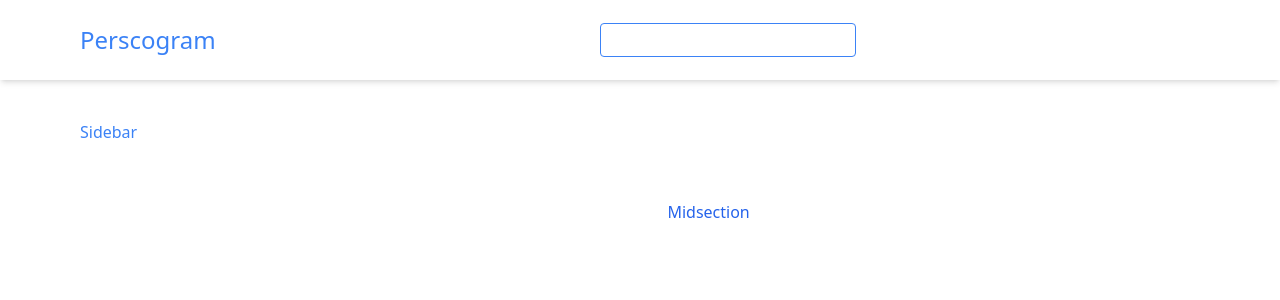
Repository: brandford7/perscogram
Page: /
An editor plug-in stored every save of this project. The page is shown before and after the next save, followed by the edit.
The browser window is 1280 px wide. The pictures show the whole page.
The project was rebuilt for these pictures with package versions that can differ from the ones it lists, and the page was loaded fresh each time. The framework's server and built-in components were replaced by stand-ins that run in the browser. Also part of the build but not shown: next.config.js.

Above is the page before, as saved 2022-12-15 22:34:37.

### pages/index.js
import Head from "next/head";
import { Header, Midsection, Sidebar } from "../components";

export default function Home() {
  return (
    <>
      <Head>
        <title>Perscogram</title>
        <meta name="description" content="Generated by create next app" />
        <meta name="viewport" content="width=device-width, initial-scale=1" />
        <link rel="icon" href="/favicon.ico" />
      </Head>

      <div className=" w-screen h-screen text-black ">
        <header>
          <Header />
        </header>
        <section className="flex mt-10 ">
          <aside>
            <Sidebar />
          </aside>
          <main className="flex  mx-auto">
            <Midsection />
          </main>
        </section>
      </div>
    </>
  );
}

### styles/globals.css
@tailwind base;
@tailwind components;
@tailwind utilities;

* {
  box-sizing: border-box;
  padding: 0;
  margin: 0;
}

html,
body {
  max-width: 100vw;
  overflow-x: hidden;
}

body {
  color: rbg(--foreground-rgb);
  background: linear-gradient(
      to bottom,
      transparent,
      rgb(var(--background-end-rgb))
    )
    rgb(var(--background-start-rgb));
}

a {
  color: inherit;
  text-decoration: none;
}

@media (prefers-color-scheme: dark) {
  html {
    color-scheme: dark;
  }
}

### components/index.js
export { default as Midsection } from './Midsection'
export { default as Sidebar } from './Sidebar'
export { default as Header } from './Header'
export { default as Searchbar } from './Searchbar'

### components/Midsection.jsx
import React from 'react'

const Midsection = () => {
  return (
    <div className= 'mt-20 text-blue-600'>Midsection</div>
  )
}

export default Midsection

### components/Sidebar.jsx
import React from "react";

const Sidebar = () => {
  return <div className="ml-20 text-blue-500">Sidebar</div>;
};

export default Sidebar;

### components/Header.jsx
import React from "react";
import Searchbar from "./Searchbar";

const Header = () => {
  return (
    <div className="flex items-center h-20  shadow-md">
          <h1 className="text-blue-500 text-2xl ml-20">Perscogram</h1>
          <Searchbar/>
    </div>
  );
};

export default Header;

### components/Searchbar.jsx
import React from "react";

const Searchbar = () => {
  return (
    <div className="ml-96">
      <input className="border border-blue-500 rounded w-64 p-1" type="text" />
    </div>
  );
};

export default Searchbar;

Loaded but not shown: pages/_app.js (common file); pages/_document.js (common file); tailwind.config.js (common file)

After the next save:
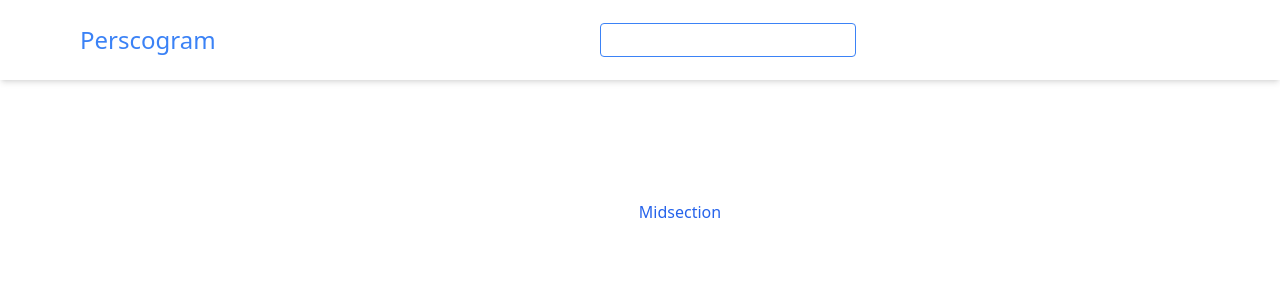
Saved 8 s later.
--- a/components/Sidebar.jsx
+++ b/components/Sidebar.jsx
@@ -1,7 +1,7 @@
 import React from "react";
 
 const Sidebar = () => {
-  return <div className="ml-20 text-blue-500">Sidebar</div>;
+  return <div className="ml-20 text-blue-500"></div>;
 };
 
 export default Sidebar;
